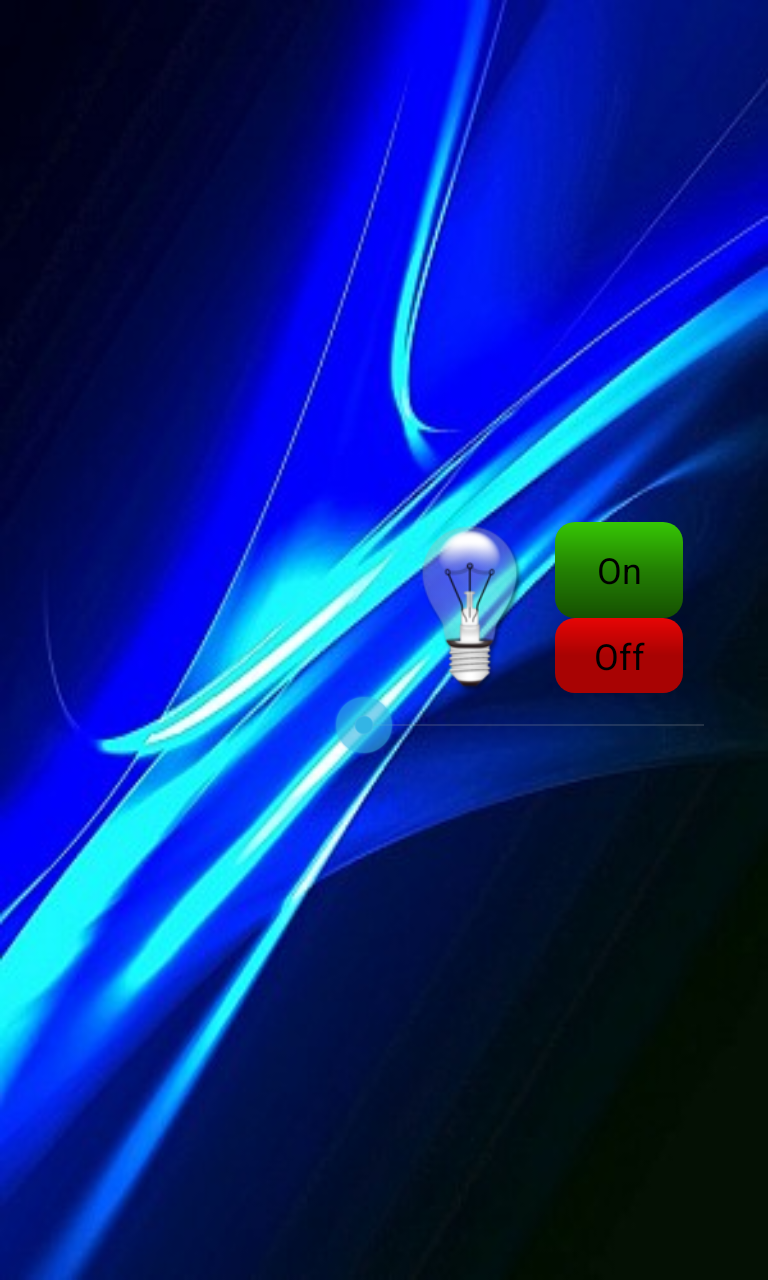
Repository: chedisaad/chedi
Layout: Dev/Android/DOMOTIQUE/Domotique/res/layout/activity_lights.xml
These files come from the project's save history. The layout is drawn as it stood at one moment and after the next save; the edit follows.
It is drawn on a 768 x 1280 px phone screen (xhdpi) without system bars, with theme AppTheme; the app's code is not run. Lists and similar views that code fills are empty.

Above is the layout before, as saved 2014-04-01 17:07:46.

After the next save:
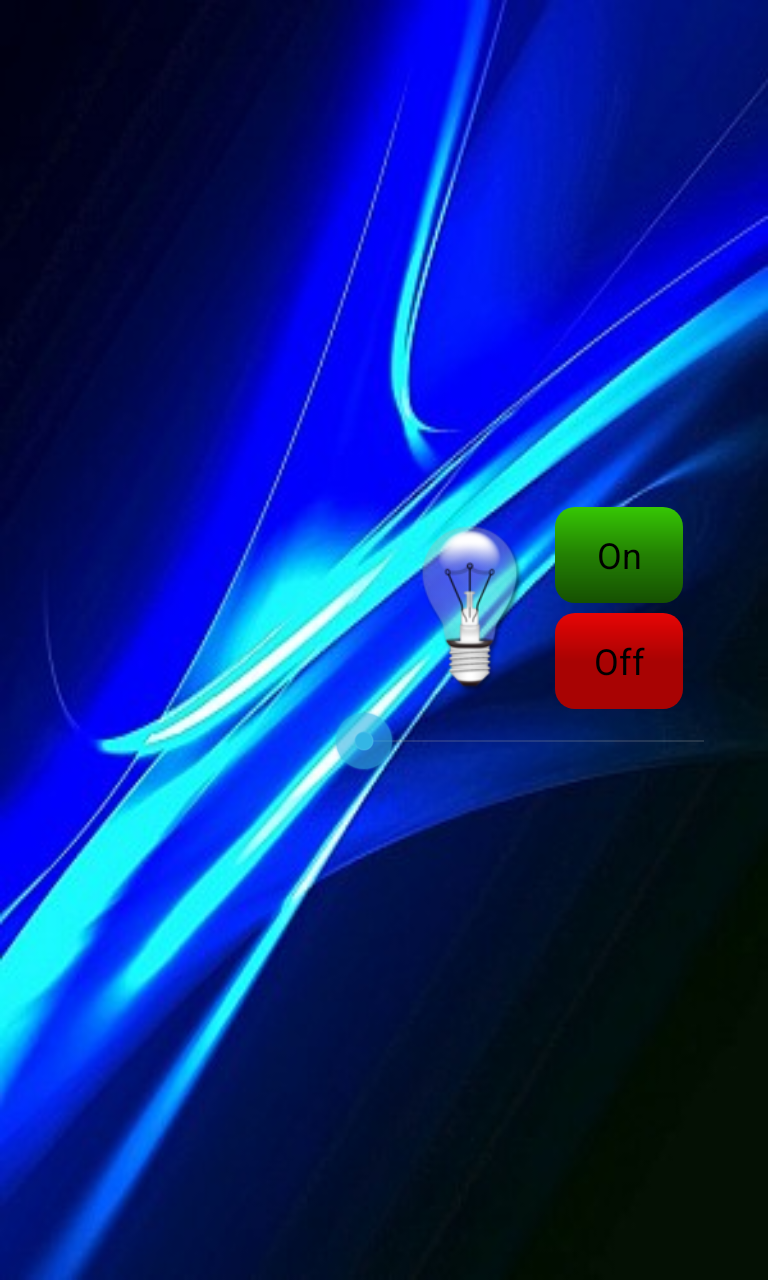
Saved 49 s later.
--- a/Dev/Android/DOMOTIQUE/Domotique/res/layout/activity_lights.xml
+++ b/Dev/Android/DOMOTIQUE/Domotique/res/layout/activity_lights.xml
@@ -39,7 +39,7 @@
 
                 <LinearLayout
                     android:layout_width="wrap_content"
-                    android:layout_height="match_parent"
+                    android:layout_height="wrap_content"
                     android:gravity="center_horizontal|center_vertical"
                     android:orientation="vertical" >
 
@@ -54,6 +54,7 @@
                         android:id="@+id/button2"
                         android:layout_width="wrap_content"
                         android:layout_height="wrap_content"
+                        android:layout_marginTop="5dp"
                         android:background="@drawable/gradient_bred"
                         android:text="Off" />
 
